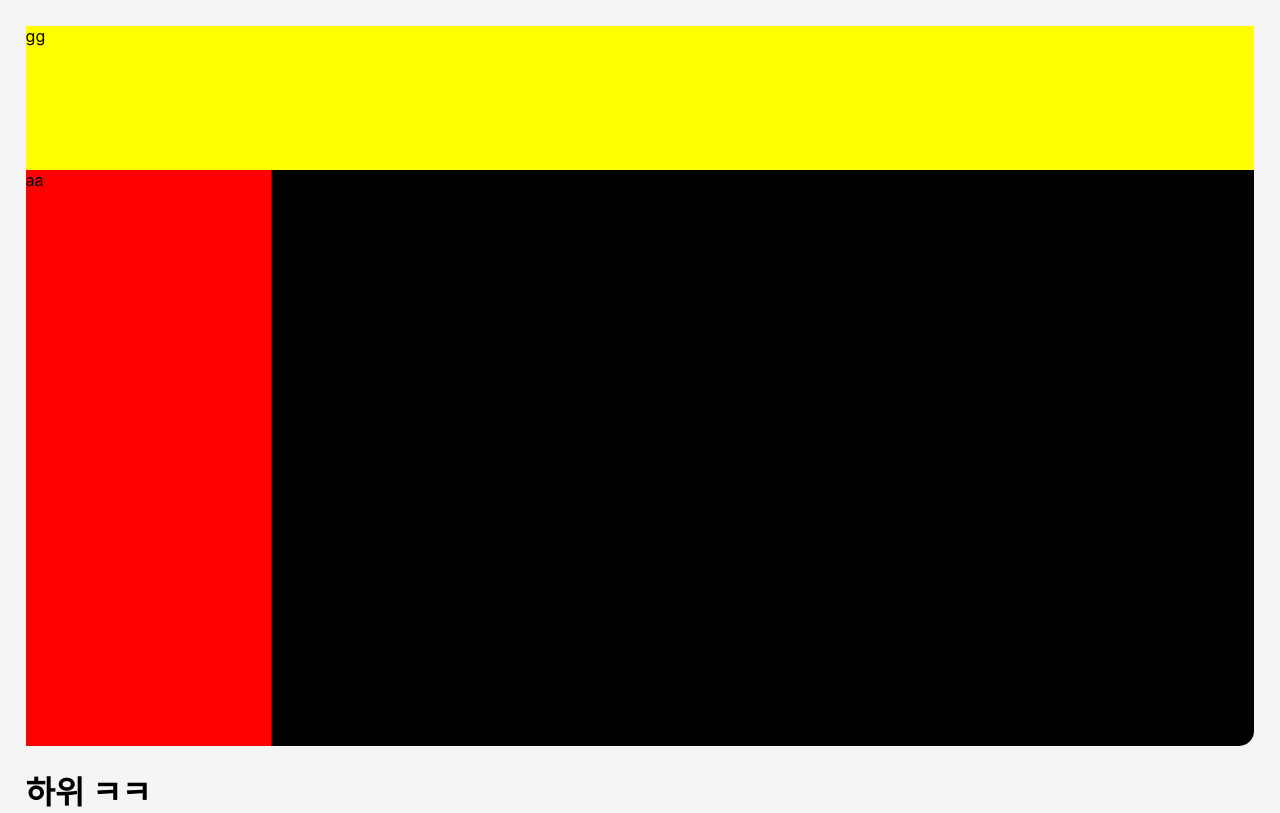
Repository: yangddoddi/community_react
Page: /
These files come from the project's save history. The page is drawn as it stood at one moment and after the next save; the edit follows.
The browser window is 1280 px wide. The pictures show the whole page.
The page's requests for data from a server got no answer. The project was rebuilt for these pictures with package versions that can differ from the ones it lists, and the page was loaded fresh each time. No one was signed in, and anything a server would have sent is missing.

Above is the page before, as saved 2022-08-16 23:48:36.

### src/App.js
import React, { useState, useEffect } from "react";
import { BrowserRouter, Routes, Route } from "react-router-dom";
import { Posts } from "./pages/Posts";
import { Sidebar } from "./components/Sidebar";
import { Header } from "./components/Header";
import "./App.scss";

function App() {
  return (
    <BrowserRouter>
      <div className="container">
        <Header />
        <Sidebar />
        <Routes>
          <Route path="/" element={<Posts />} />
        </Routes>
      </div>
    </BrowserRouter>
  );
}

export default App;

### src/pages/Posts.js
import React, { useEffect, useState } from "react";
import { testAxios } from "../config/testAxios";
import axios from "axios";

export const Posts = () => {
  const [test, setTest] = useState("");
  const apiTest = (d) => {
    setTest(d);
  };

  useEffect(() => {
    testAxios("test", apiTest);
  });

  return (
    <div>
      <h1> 하위 ㅋㅋ </h1>
      <h2> {test} </h2>
    </div>
  );
};

### src/components/Sidebar.js
import styles from "./Sidebar.module.scss";

export const Sidebar = () => {
  return (
    <nav className={styles.sidebar}>
      <div>aa</div>
    </nav>
  );
};

### src/components/Header.js
import styles from "./Header.module.scss";

export const Header = () => {
  return (
    <header className={styles.header}>
      <div>gg</div>
    </header>
  );
};

### src/App.scss

html,body, #root {
    height: 100%;
}

#root {
    padding: 2%;
}

body {
    padding: auto;
    background-color: whitesmoke;
    width: 100%;
    height: 100%;
}

.container {
    border-radius: 15px;
    background-color: black;
    width: 100%;
    height: 100%;
    display: block;
}

### src/config/testAxios.js
import axios from "axios";

export const testAxios = (url, findIp) => {
  axios({
    url: "/" + url,
    method: "post",
    baseURL: "http://localhost:8080",
    withCredentials: true,
  }).then((res) => {
    findIp(res.data);
  });
};

### src/components/sidebar.module.scss

.sidebar {
    background-color: red;
    height: 80%;
    width: 20%;
}

### src/components/header.module.scss


.header {
    width: 100%;
    height: 20%;
    background-color: yellow;
}

Loaded but not shown: public/index.html (common file); src/index.js (common file); src/index.css (common file); src/reportWebVitals.js (common file)

After the next save:
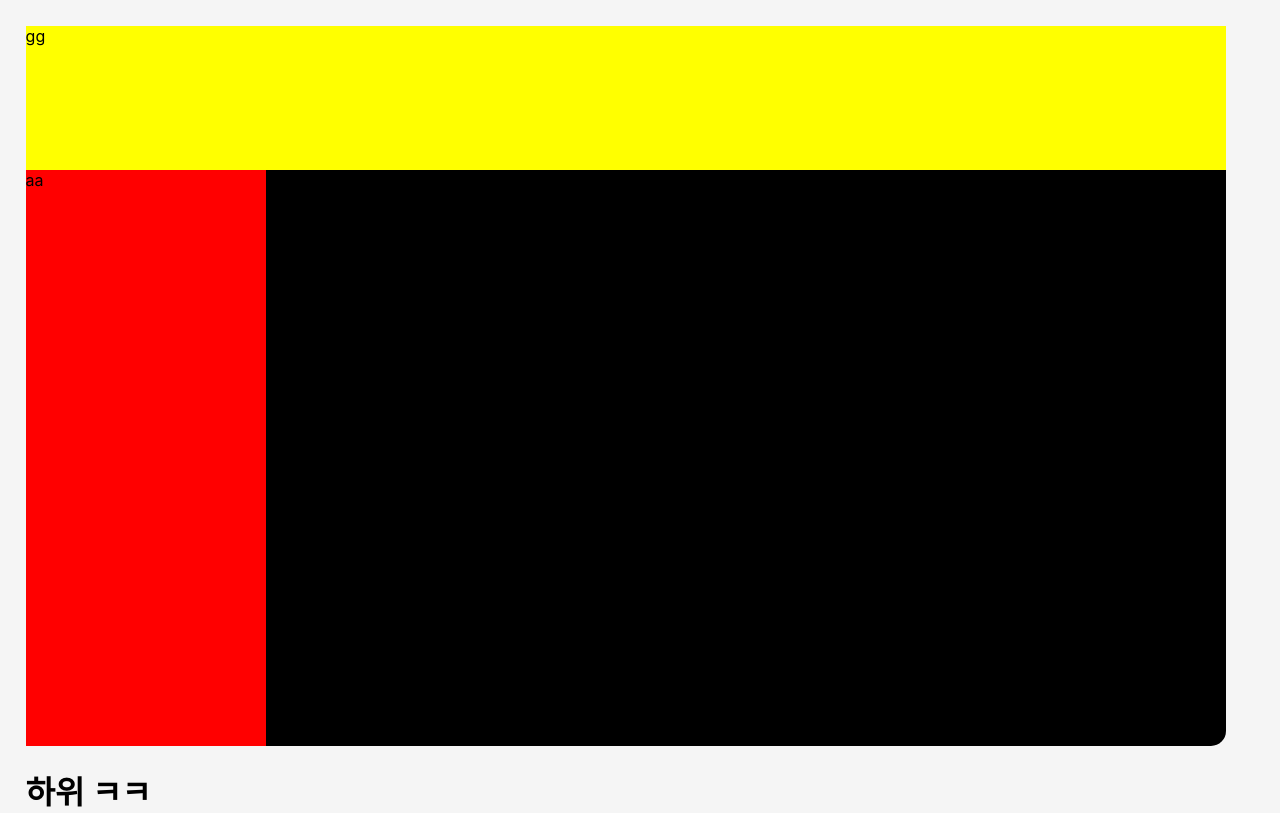
Saved 8 s later.
--- a/src/App.scss
+++ b/src/App.scss
@@ -17,7 +17,8 @@
 .container {
     border-radius: 15px;
     background-color: black;
-    width: 100%;
+    width: 100;
+    max-width: 1200px;
     height: 100%;
     display: block;
 }

After the save that followed:
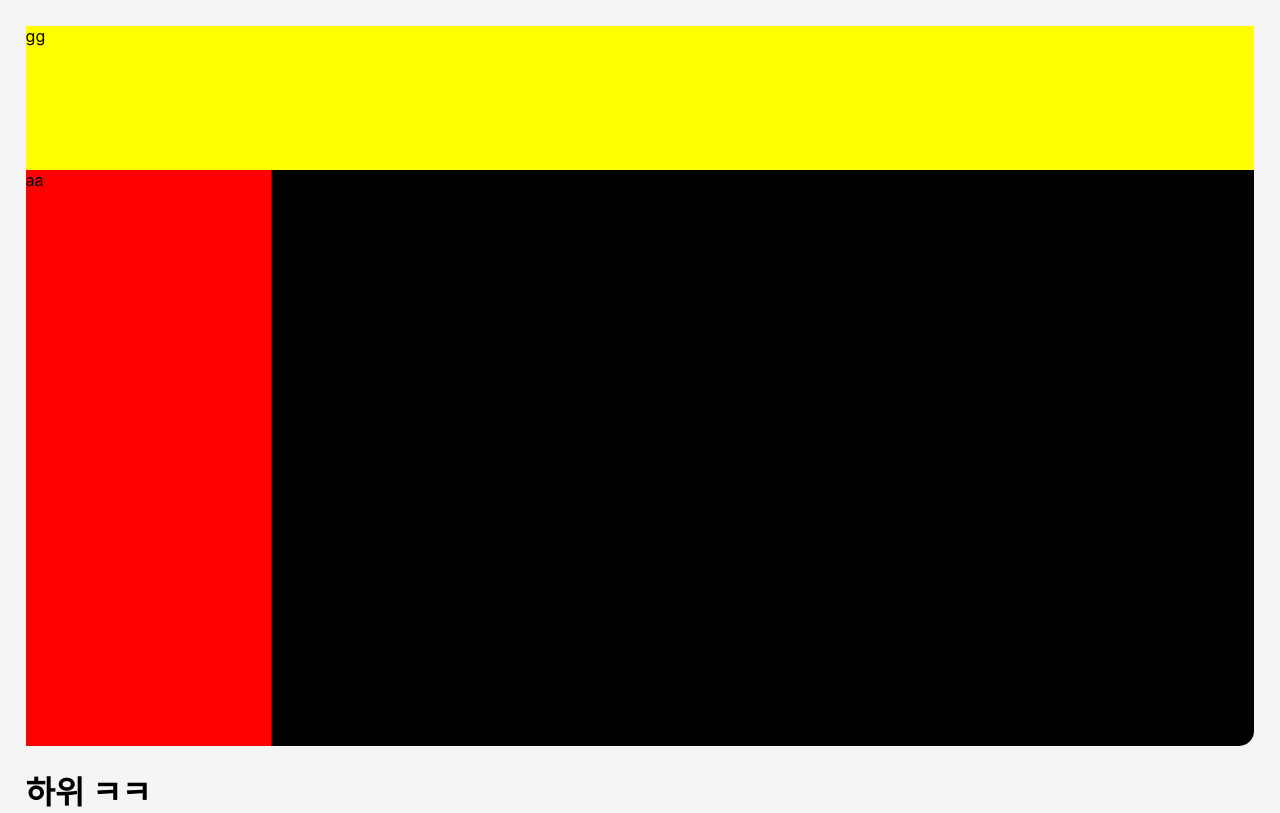
Saved 4 s later.
--- a/src/App.scss
+++ b/src/App.scss
@@ -18,7 +18,7 @@
     border-radius: 15px;
     background-color: black;
     width: 100;
-    max-width: 1200px;
+    max-width: 1600px;
     height: 100%;
     display: block;
 }
